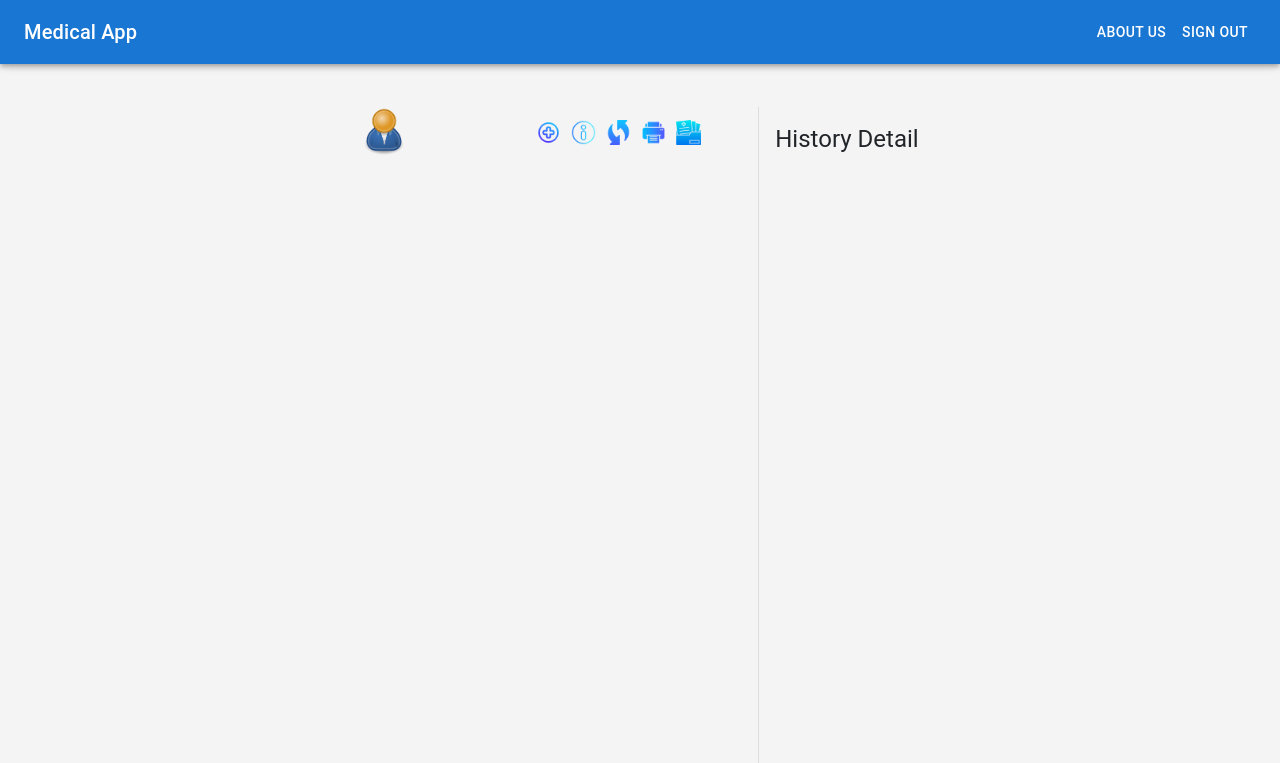
Repository: sshaiv/demo_project
Page: /
An editor plug-in stored every save of this project. The page is shown before and after the next save, followed by the edit.
The browser window is 1280 px wide. The pictures show the whole page.
The project was rebuilt for these pictures with package versions that can differ from the ones it lists, and the page was loaded fresh each time. Also part of the build but not shown: src/components/AddPatient.js.

Above is the page before, as saved 2024-08-13 09:22:42.

### public/index.html
<!DOCTYPE html>
<html lang="en">
  <head>
    <meta charset="utf-8" />
    <link rel="icon" href="%PUBLIC_URL%/favicon.ico" />
    <meta name="viewport" content="width=device-width, initial-scale=1" />
    <meta name="theme-color" content="#000000" />
    <meta
      name="description"
      content="Web site created using create-react-app"
    />
    <link rel="apple-touch-icon" href="%PUBLIC_URL%/logo192.png" />
    <!--
      manifest.json provides metadata used when your web app is installed on a
      user's mobile device or desktop. See https://developers.google.com/web/fundamentals/web-app-manifest/
    -->
    <link rel="manifest" href="%PUBLIC_URL%/manifest.json" />
    <link
  rel="stylesheet"
  href="https://maxcdn.bootstrapcdn.com/bootstrap/4.5.2/css/bootstrap.min.css"
/>

    <!--
      Notice the use of %PUBLIC_URL% in the tags above.
      It will be replaced with the URL of the `public` folder during the build.
      Only files inside the `public` folder can be referenced from the HTML.

      Unlike "/favicon.ico" or "favicon.ico", "%PUBLIC_URL%/favicon.ico" will
      work correctly both with client-side routing and a non-root public URL.
      Learn how to configure a non-root public URL by running `npm run build`.
    -->
    <title>React App</title>
  </head>
  <body>
    <noscript>You need to enable JavaScript to run this app.</noscript>
    <div id="root"></div>
    <!--
      This HTML file is a template.
      If you open it directly in the browser, you will see an empty page.

      You can add webfonts, meta tags, or analytics to this file.
      The build step will place the bundled scripts into the <body> tag.

      To begin the development, run `npm start` or `yarn start`.
      To create a production bundle, use `npm run build` or `yarn build`.
    -->
  </body>
</html>

### src/App.js
// src/App.js
import React from 'react';
import { Box, Container } from '@mui/material';
import LeftSection from './components/LeftSection';
import RightSection from './components/RightSection';
import Header from './components/Header'; // Assuming you have a Header component

const App = () => {
  return (
    <div>
      <Header /> {/* Include your header if you have one */}

      <Box
        sx={{
          position:'relative',
          top:'75px',
          display: 'flex',
          height: 'calc(100vh - 64px)', // Adjust height if you have a header
        }}
      >
        <Box sx={{ width: '70%', overflowY: 'scroll' }}>
          <LeftSection />

        </Box>
        <Box sx={{ width: '30%', borderLeft: '1px solid #ddd' }}>
          <RightSection />
        </Box>
      </Box>
    </div>
  );
};

export default App;

### src/components/LeftSection.jsx
// src/components/LeftSection.js
import React from 'react';
// import { Box, Typography, TextField, Grid } from '@mui/material';
import NursingHeader from './NursingHeader';
import AddPatient from './AddPatient';
import { useState } from 'react';

const LeftSection = () => {


  const [showLogin, setShowLogin] = useState(false)

  return (
    <>
    {showLogin? <AddPatient  setShowLogin={setShowLogin}/>:<></>}

     <div>
      <NursingHeader  setShowLogin={setShowLogin} />
      </div>
   </>
  );
};

export default LeftSection;

### src/components/RightSection.jsx
// src/components/RightSection.js
import React from 'react';
import { Box, Typography } from '@mui/material';

const RightSection = () => {
  return (
    <Box
      sx={{
        width: '100%',
        height: 'calc(100vh - 64px)',
        padding: '16px',
        boxSizing: 'border-box',
      }}
    >
      <Typography variant="h5" gutterBottom>
        History Detail
      </Typography>
      {/* Add more content as needed */}
    </Box>
  );
};

export default RightSection;

### src/components/Header.js
import React from 'react';
import { AppBar, Toolbar, Typography, Button } from '@mui/material';

const Header = () => {
  return (
    <AppBar position="fixed">
      <Toolbar>
        <Typography variant="h6" style={{ flexGrow: 1 }}>
          Medical App
        </Typography>
        <Button color="inherit">About Us</Button>
        <Button color="inherit">Sign Out</Button>
      </Toolbar>
    </AppBar>
  );
};

export default Header;

### src/components/NursingHeader.js
// import React from "react";
import React from "react";
import  '../cssfile/style.css'

const NursingHeader = ({setShowLogin}) => {

  return (
    <div id="NursingHeader" className="container-fluid">
      <div style={{gap: "130px" , position: "relative"}} className="row">
        {/* Employee Image */}
        <div className="col-md-1">
          <img
            src="/assets/2000px-User_icon_2.svg.png"
            style={{
              width: "50px",
              height: "50px",
              marginRight: "10px",
              cursor: "pointer",
            }}
            alt=""
            onClick={() => console.log("Add Patient Clicked")}
          />
        </div>

        {/* Patient Information */}

        {/* Action Buttons */}
        <div
        className="col-md-6"
        style={{ textAlign: "right" }}
      >
        <img
          src="/assets/addpatients.png"
          style={{
            width: "25px",
            height: "25px",
            marginRight: "10px",
            cursor: "pointer",
          }}
          alt="ADD"
          onClick={() => setShowLogin(true)}
        />
        <img
          src="/assets/info-button.png"
          style={{
            width: "25px",
            height: "25px",
            marginRight: "10px",
            cursor: "pointer",
          }}
          alt="Info"
          onClick={() => console.log("Info Button Clicked")}
        />
        <img
          src="/assets/refresh.png"
          style={{
            width: "25px",
            height: "25px",
            marginRight: "10px",
            cursor: "pointer",
          }}
          alt="Refresh"
          onClick={() => console.log("Refresh Clicked")}
        />
        <img
          src="/assets/printer.png"
          style={{
            width: "25px",
            height: "25px",
            marginRight: "10px",
            cursor: "pointer",
          }}
          alt="Print"
          onClick={() => console.log("Print Clicked")}
        />
        <img
          src="/assets/folder.png"
          style={{ width: "25px", height: "25px", cursor: "pointer" }}
          alt="Folder"
          onClick={() => console.log("Folder Clicked")}
        />
      </div>


      </div>

      {/* Hidden Fields */}
      <div className="row">
        <div className="col-md-1" hidden>
          <label>Bed No.</label>
          <input
            id="txtBedNo"
            type="text"
            className="form-control form-control-readonly"
            readOnly
            disabled
          />
        </div>
        <div className="col-md-1" hidden>
          <label>Age</label>
          <input
            id="txtAge"
            type="text"
            className="form-control form-control-readonly"
            readOnly
            disabled
          />
        </div>
        <div className="col-md-1" hidden>
          <label>Gender</label>
          <input
            id="txtGender"
            type="text"
            className="form-control form-control-readonly"
            readOnly
            disabled
          />
        </div>
      </div>
    </div>
  );
};

// Reusable Button Component
const Button = ({ id, imgSrc, onClick, title, disabled }) => (
  <button
    id={id}
    className="btn btn-primary btn-sm"
    style={{ backgroundColor: "transparent" }}
    onClick={onClick}
    title={title}
    disabled={disabled}
  >
    <img
      src={imgSrc}
      style={{ width: "25px", height: "25px" }}
      alt={title || "button"}
    />
  </button>
);

export default NursingHeader;

### src/cssfile/style.css
body {
    font-family: Arial, sans-serif;
    background-color: #f4f4f4;
    display: flex;
    justify-content: center;
    align-items: center;
    height: 100vh;
    margin: 0;
  }

  .container {
    background-color: white;
    width: 85%;
    border: 2px solid #003366;
    border-radius: 8px;
    padding: 20px;
  }

  .header {
    display: flex;
    justify-content: space-between;
    align-items: center;
    background-color: #003366;
    color: white;
    padding: 10px;
    border-radius: 6px;
  }

  .header h2 {
    margin: 0;
  }

  .buttons {
    display: flex;
    gap: 10px;
  }

  .buttons button {
    background-color: white;
    border: none;
    border-radius: 50%;
    padding: 8px;
    cursor: pointer;
    font-size: 16px;
  }

  .patient-form {
    margin-top: 20px;
  }

  .row {
    display: flex;
    align-items: center;
    margin-bottom: 15px;
    gap: 15px;
  }

  .row label {
    width: 100px;
    font-weight: bold;
  }

  .row input,
  .row select {
    flex: 1;
    padding: 5px;
    border: 1px solid #ccc;
    border-radius: 4px;
  }

  .row .required {
    color: red;
  }

  .search-btn {
    background-color: #fff;
    border: 1px solid #ccc;
    padding: 5px;
    cursor: pointer;
  }

  .footer {
    display: flex;
    justify-content: center;
    margin-top: 20px;
  }

  .done-btn {
    background-color: #003366;
    color: white;
    padding: 10px 20px;
    border: none;
    border-radius: 4px;
    cursor: pointer;
    font-size: 16px;
  }

Loaded but not shown: src/index.js (common file); src/index.css (common file)

After the next save:
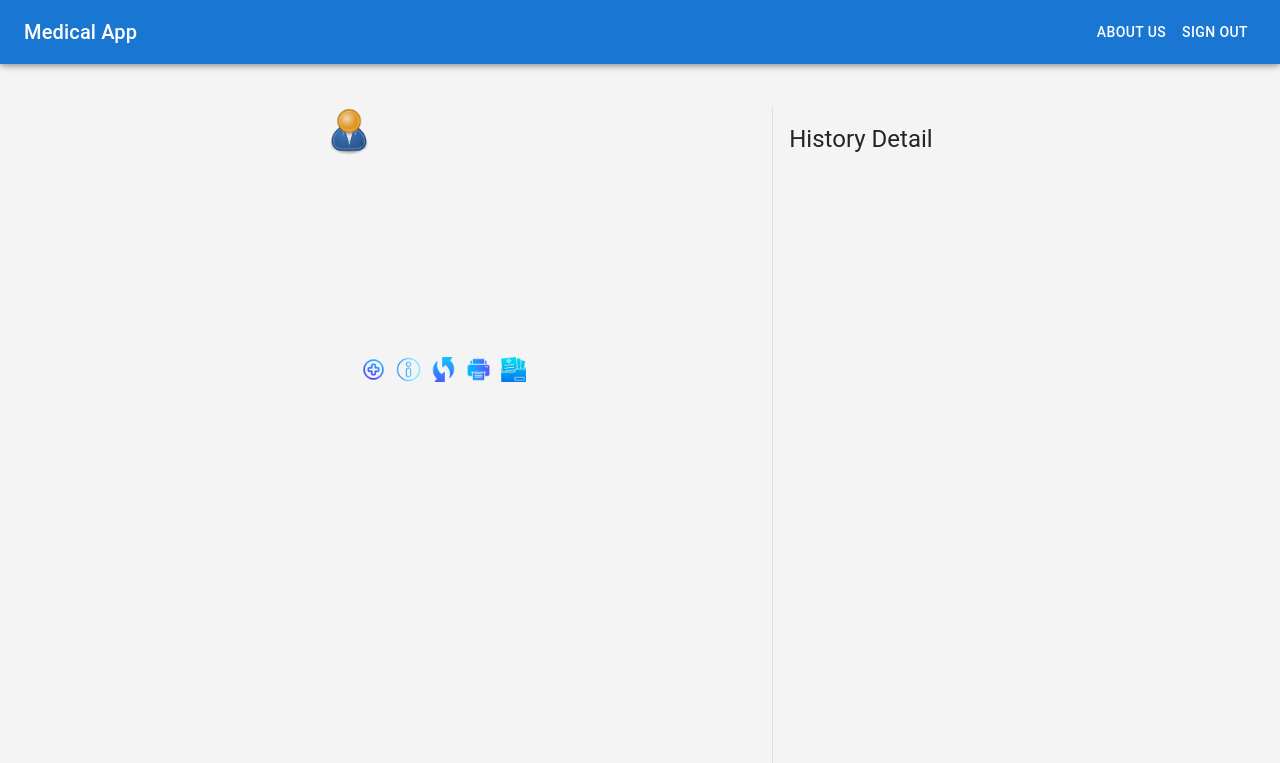
Saved 2 min 25 s later.
--- a/src/components/NursingHeader.js
+++ b/src/components/NursingHeader.js
@@ -6,7 +6,7 @@
 
   return (
     <div id="NursingHeader" className="container-fluid">
-      <div style={{gap: "130px" , position: "relative"}} className="row">
+      <div style={{gap: "200px" , position: "relative"}} className="row">
         {/* Employee Image */}
         <div className="col-md-1">
           <img

After the save that followed:
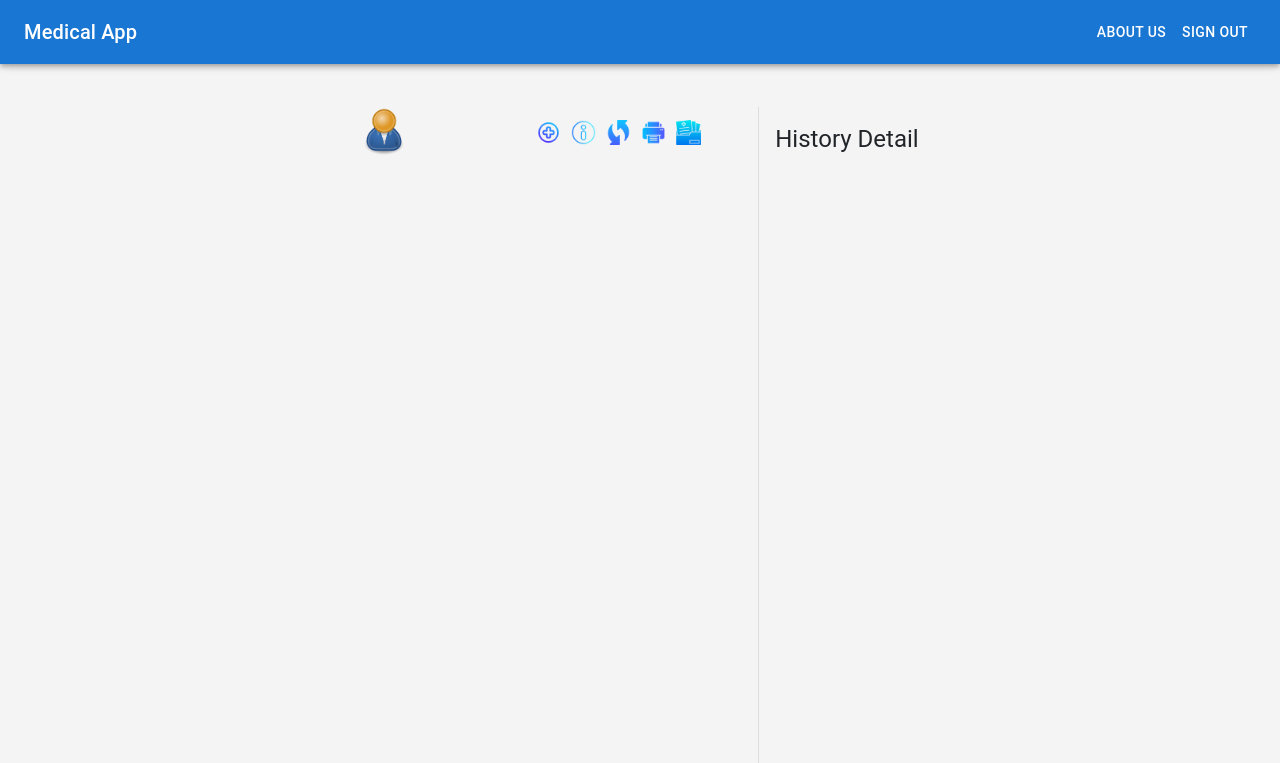
Saved 8 s later.
--- a/src/components/NursingHeader.js
+++ b/src/components/NursingHeader.js
@@ -6,7 +6,7 @@
 
   return (
     <div id="NursingHeader" className="container-fluid">
-      <div style={{gap: "200px" , position: "relative"}} className="row">
+      <div style={{gap: "130px" , position: "relative"}} className="row">
         {/* Employee Image */}
         <div className="col-md-1">
           <img
